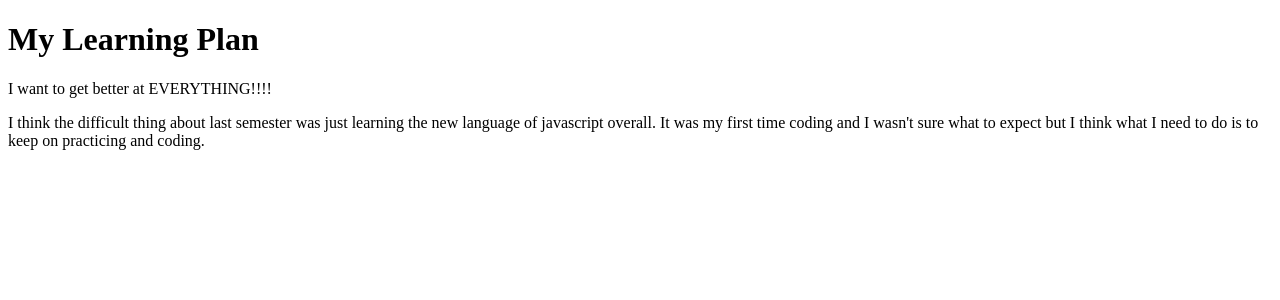
Repository: boofoo-png/mdia-2109
Page: learning-plan.html
An editor plug-in stored every save of this project. The page is shown before and after a run of saves, followed by the edit.
The browser window is 1280 px wide. The pictures show the whole page.

Above is the page before, as saved 2026-01-26 11:38:30.

### learning-plan.html
<!doctype html>
<html lang="en">
    <head>
        <meta charset="UTF-8" />
        <meta name="viewport" content="width=device-width, initial-scale=1.0" />
        <title>Learning Plan</title>
    </head>
    <body>
        <h1>My Learning Plan</h1>
        <p>I want to get better at EVERYTHING!!!!</p>
        <p>I think the difficult thing about last semester was just learning the new language of javascript overall. It was my first time coding and I wasn't sure what to expect but I think what I need to do is to keep on practicing and coding.</p>
        <br><p></p>

    </body>
</html>

After the next 2 saves:
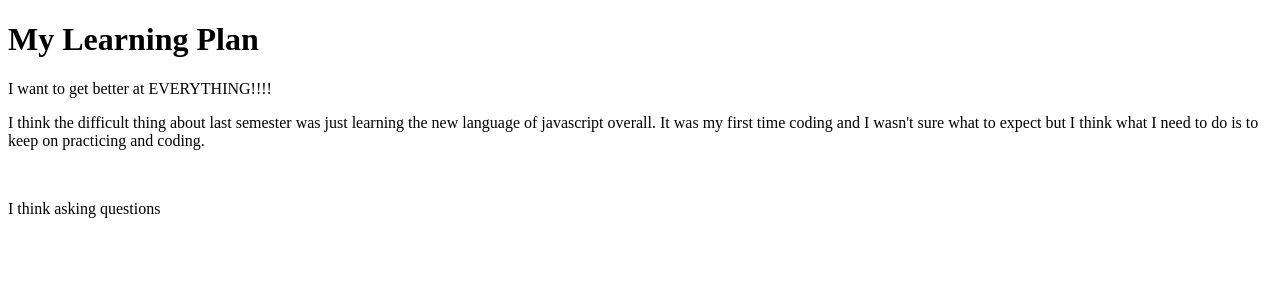
The 2 saves are shown as one change because they came seconds apart.
The last was saved 9 s later.
--- a/learning-plan.html
+++ b/learning-plan.html
@@ -9,7 +9,7 @@
         <h1>My Learning Plan</h1>
         <p>I want to get better at EVERYTHING!!!!</p>
         <p>I think the difficult thing about last semester was just learning the new language of javascript overall. It was my first time coding and I wasn't sure what to expect but I think what I need to do is to keep on practicing and coding.</p>
-        <br><p></p>
+        <br><p>I think asking questions </p>
 
     </body>
 </html>
